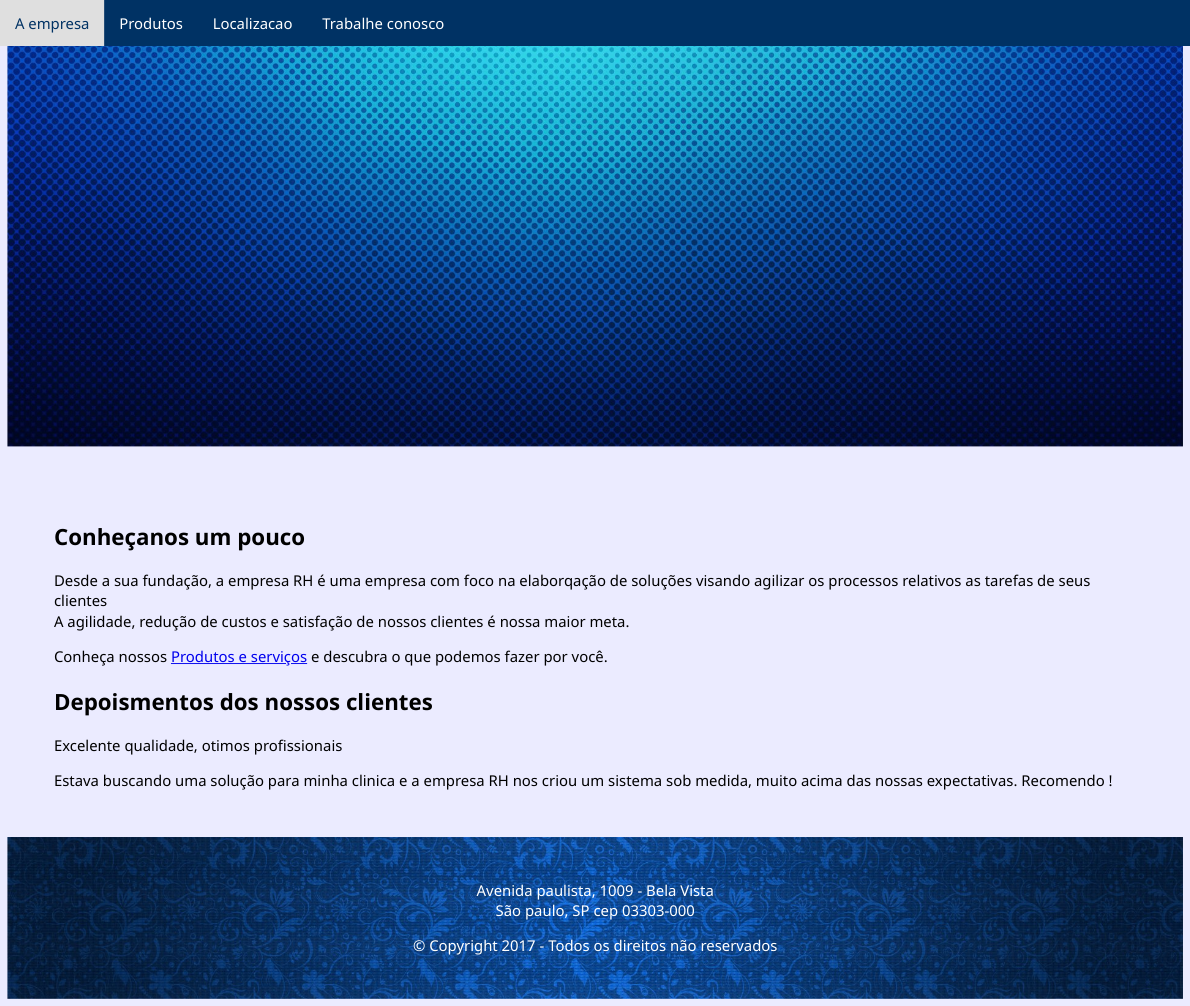
Repository: NicholasMaestrello/treinamento-impacta
Page: DesenvolvimentoJava/Modulo06/02_EmpresaRH/WebContent/index.html
These files come from the project's save history. The page is drawn as it stood at one moment and after the next save; the edit follows.
The browser window is 1280 px wide. The pictures show the whole page, at 93% of full size.
Backgrounds fixed to the window are drawn as part of the page.

Above is the page before, as saved 2017-10-24 15:46:21.

### DesenvolvimentoJava/Modulo06/02_EmpresaRH/WebContent/index.html
<!DOCTYPE html>
<html>
<head>
<meta charset="ISO-8859-1">
<meta name="viewport" content="width=device-width, initial-scale=1.0">
<title>Istitucional - Empresa RH</title>
<link href="css/estilo.css" rel="stylesheet">
<link href="css/menu.css" rel="stylesheet">
</head>
<body>
	<header>
		<nav>
			<ul class="menu" id="menuTopo">
				<li><a href="#">A empresa</a></li>
				<li><a href="produtos.html">Produtos</a></li>
				<li><a href="localizacao.html">Localizacao</a></li>
				<li><a href="trabalhe_conosco.html">Trabalhe conosco</a></li>
				<li class="icon">
					<a href="javascript:void(0)" onclick="mostrarMenu()">
						&#9776;
					</a>
				</li>
			</ul>
		</nav>
	</header>


	<section class="intro"></section>


	<div class="container">
		<section>
			<article>
				<header>
					<h2>Conheçanos um pouco</h2>
					<p>
						Desde a sua fundação, a empresa RH é uma empresa com foco na
						elaborqação de soluções visando agilizar os processos relativos as
						tarefas de seus clientes<br /> A agilidade, redução de custos e
						satisfação de nossos clientes é nossa maior meta.
					</p>
				</header>
				<p>
					Conheça nossos <a href="#">Produtos e serviços</a> e descubra o que
					podemos fazer por você.
				</p>
			</article>
		</section>

		<aside>
			<h2>Depoismentos dos nossos clientes</h2>
			<p>Excelente qualidade, otimos profissionais</p>
			<p>Estava buscando uma solução para minha clinica e a empresa RH
				nos criou um sistema sob medida, muito acima das nossas
				expectativas. Recomendo !</p>
		</aside>
	</div>

	<footer class="footer">
		<p>
			Avenida paulista, 1009 - Bela Vista <br /> São paulo, SP cep
			03303-000
		</p>
		<p>&copy; Copyright 2017 - Todos os direitos não reservados</p>
	</footer>
	<script type="text/javascript">
		function mostrarMenu(){
			let menu = document.getElementById("menuTopo");
			if(menu.className === "menu")
				menu.className += " responsive";
			else
				menu.className = "menu";

			//if(menu.classList.contains("menu")) menu.classList.add("responsive")
			//else menu.classList.remove("responsive")
		}
	</script>
</body>
</html>

### DesenvolvimentoJava/Modulo06/02_EmpresaRH/WebContent/css/estilo.css
* {
	font-family: 'Segoe UI', Tahoma, Verdana, sans-serif;
}

body{
	background-color: rgb(235, 235, 316);
}

.container{
	margin: 80px 50px 50px 50px;

}
/*
footer{
	left:0;
	right:0;
	bottom:0;
	position: fixed;
	padding: 5px;
	text-align: center;
	font-size: 10px;
	color: white;
	background-color: #828282;
}
*/
.intro{
	background: url(../imagens/inicio.jpg)center center fixed;
	background-size: cover;
	padding: 220px 0;
	margin-top: 40px;
	left: 0;
	right: 0;
}

.footer{
	background: url(../imagens/rodape.jpg)center center fixed;
	background-size: cover;
	color: white;
	padding: 30px;
	text-align: center;
}

### DesenvolvimentoJava/Modulo06/02_EmpresaRH/WebContent/css/menu.css
nav {
	position: fixed;
	top:0;
	left:0;
	right:0;
}
.menu{
	list-style-type: none;
	margin: 0;
	padding: 0;
	overflow: hidden;
	background-color: #003264;
}

.menu li{
	float: left;
}

.menu li a {
	display: block;
	color: white;
	text-align: center;
	padding: 14px 16px;
	text-decoration: none;
}

.menu li a:hover{
	background-color: #DFDFDF;
	color: #003264;
}

.icon{
	display: none;
}

@media screen and (max-width: 500px){
	/*.menu li{
		float: none;
	}
	.menu li a{
		text-align: center;
		text-decoration: none;
	}
	*/
	.menu li:not(:first-child){
		display: none;
	}
	.menu li.icon {
		float: right;
		display: inline-block;
	}
	.menu.responsive {
		position: relative;
	}
	.menu.responsive li.icon{
		position: absolute;
		right: 0;
		top: 0;
	}
	.menu.responsive li{
		float: none;
		display: inline;
	}
	.menu.responsive li a {
		display: block;
		text-align: left;
	}
}

After the next save:
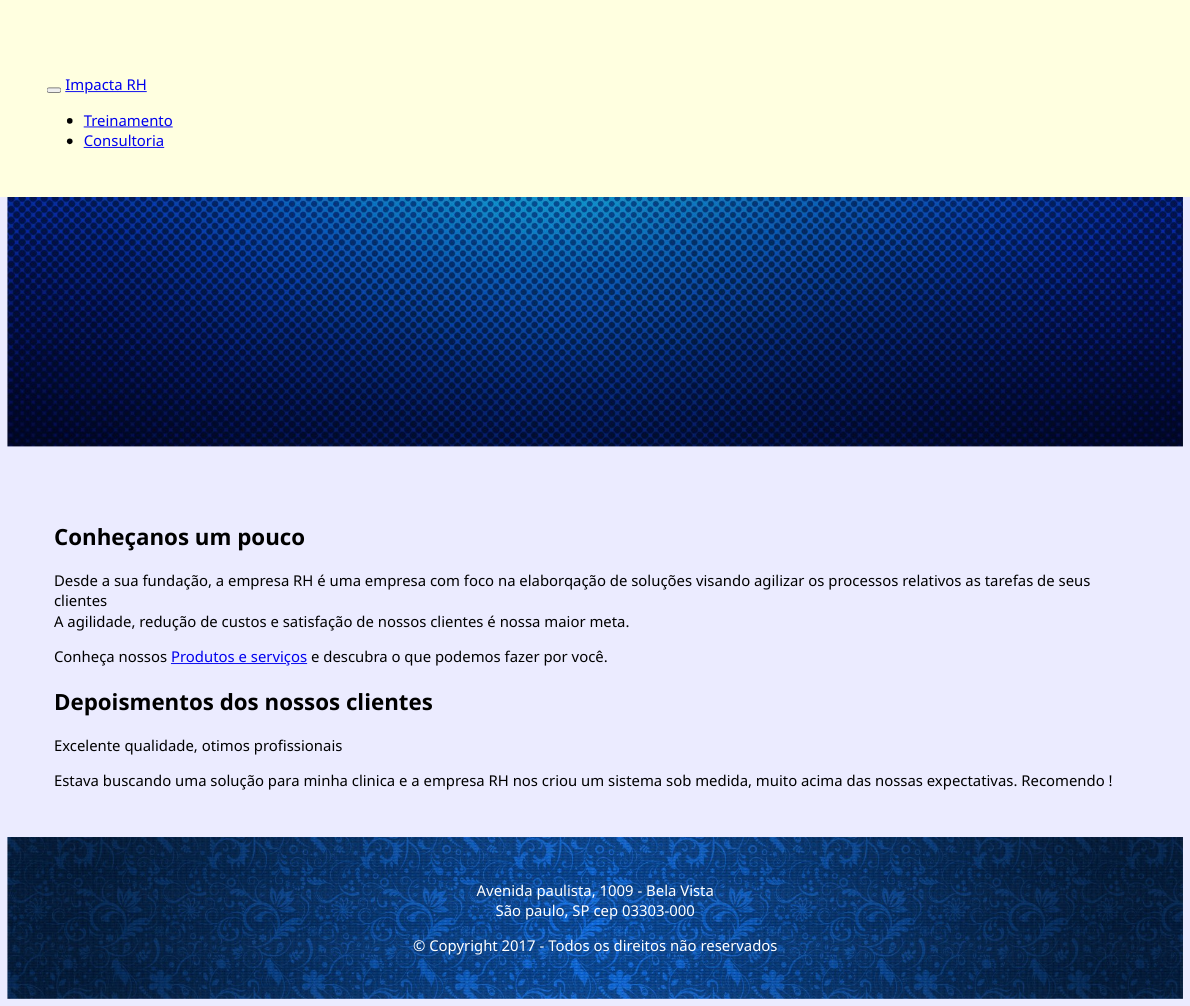
Saved 16 min 14 s later.
--- a/DesenvolvimentoJava/Modulo06/02_EmpresaRH/WebContent/index.html
+++ b/DesenvolvimentoJava/Modulo06/02_EmpresaRH/WebContent/index.html
@@ -8,21 +8,26 @@
 <link href="css/menu.css" rel="stylesheet">
 </head>
 <body>
-	<header>
-		<nav>
-			<ul class="menu" id="menuTopo">
-				<li><a href="#">A empresa</a></li>
-				<li><a href="produtos.html">Produtos</a></li>
-				<li><a href="localizacao.html">Localizacao</a></li>
-				<li><a href="trabalhe_conosco.html">Trabalhe conosco</a></li>
-				<li class="icon">
-					<a href="javascript:void(0)" onclick="mostrarMenu()">
-						&#9776;
-					</a>
-				</li>
-			</ul>
-		</nav>
-	</header>
+	<nav class="navbar navbar-default navbar-fixed-top"
+		style="background-color: lightyellow;">
+		<div class="container">
+			<div class="navbar-header">
+				<button type="button" class="navbar-toggle" data-toggle="collapse"
+					data-target=".navbar-collapse">
+					<span class="icon-bar"></span> <span class="icon-bar"></span> <span
+						class="icon-bar"></span>
+				</button>
+				<a class="navbar-brand" href="#">Impacta RH</a>
+			</div>
+
+			<div class="navbar-collapse collapse">
+				<ul class="nav navbar-nav">
+					<li><a href="#treinamento">Treinamento</a></li>
+					<li><a href="#consultoria">Consultoria</a></li>
+				</ul>
+			</div>
+		</div>
+	</nav>
 
 
 	<section class="intro"></section>
